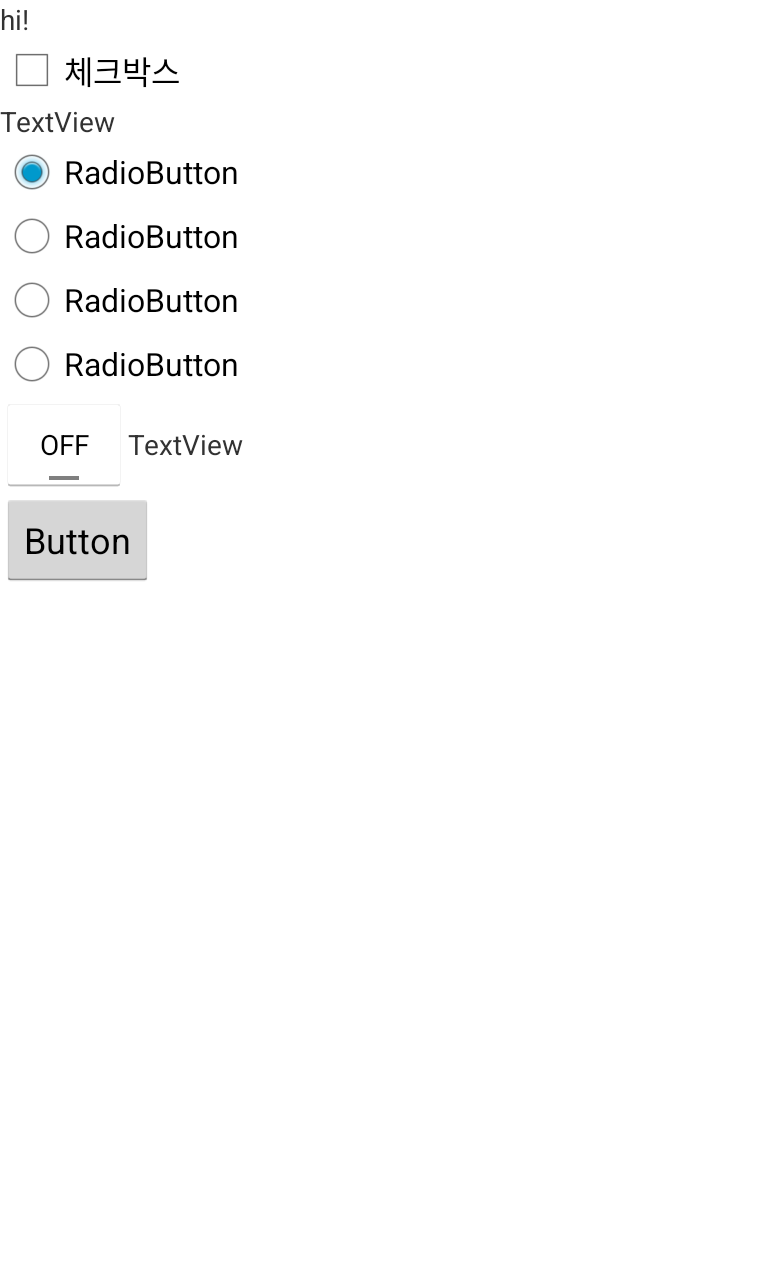
Repository: supremehappy/Android
Layout: EventTest/res/layout/activity_main.xml
These files come from the project's save history. The layout is drawn as it stood at one moment and after the next save; the edit follows.
It is drawn on a 768 x 1280 px phone screen (xhdpi) without system bars, with theme AppTheme; the app's code is not run.

Above is the layout before, as saved 2017-08-24 02:36:38.

### EventTest/res/layout/activity_main.xml
<LinearLayout xmlns:android="http://schemas.android.com/apk/res/android"
    xmlns:tools="http://schemas.android.com/tools"
    android:id="@+id/LinearLayout1"
    android:layout_width="match_parent"
    android:layout_height="match_parent"
    android:orientation="vertical"
    tools:context="${relativePackage}.${activityClass}" >

    <TextView
        android:layout_width="wrap_content"
        android:layout_height="wrap_content"
        android:text="@string/hello_world" />

    <CheckBox
        android:id="@+id/checkBox1"
        android:layout_width="wrap_content"
        android:layout_height="wrap_content"
        android:text="체크박스" />

    <TextView
        android:id="@+id/textView1"
        android:layout_width="wrap_content"
        android:layout_height="wrap_content"
        android:text="TextView" />

    <RadioGroup
        android:id="@+id/radioGroup1"
        android:layout_width="wrap_content"
        android:layout_height="wrap_content" >

        <RadioButton
            android:id="@+id/radio0"
            android:layout_width="wrap_content"
            android:layout_height="wrap_content"
            android:checked="true"
            android:text="RadioButton" />

        <RadioButton
            android:id="@+id/radioButton1"
            android:layout_width="wrap_content"
            android:layout_height="wrap_content"
            android:text="RadioButton" />

        <RadioButton
            android:id="@+id/radio1"
            android:layout_width="wrap_content"
            android:layout_height="wrap_content"
            android:text="RadioButton" />

        <RadioButton
            android:id="@+id/radio2"
            android:layout_width="wrap_content"
            android:layout_height="wrap_content"
            android:text="RadioButton" />
    </RadioGroup>

    <LinearLayout
        android:layout_width="match_parent"
        android:layout_height="wrap_content" >

        <ToggleButton
            android:id="@+id/toggleButton1"
            android:layout_width="wrap_content"
            android:layout_height="wrap_content"
            android:text="ToggleButton" />

        <TextView
            android:id="@+id/textView2"
            android:layout_width="wrap_content"
            android:layout_height="wrap_content"
            android:text="TextView" />

    </LinearLayout>

    <Button
        android:id="@+id/button1"
        android:layout_width="wrap_content"
        android:layout_height="wrap_content"
        android:text="Button" />

</LinearLayout>

### EventTest/res/values/strings.xml
<?xml version="1.0" encoding="utf-8"?>
<resources>

    <string name="app_name">EventTest</string>
    <string name="hello_world">hi!</string>
    <string name="check_title">체크박스입니다.</string>
    <string name="txt_result">선택한 항목 없음</string>
    <string name="rdo1_title">첫번째 라디오 버튼</string>
    <string name="rdo2_title">두번째 라디오 버튼</string>
    <string name="rdo3_title">세번째 라디오 버튼</string>
    <string name="rdo4_title">네번째 라디오 버튼</string>
    <string name="tgl_title">토글버튼</string>
    <string name="txt_tgl">토글버튼입니다.</string>
    <string name="bnt_title">토글버튼입니다.</string>

</resources>

Loaded but not shown: EventTest/res/values/styles.xml (common file); EventTest/res/values-v11/styles.xml (common file); EventTest/res/values-v14/styles.xml (common file)

After the next save:
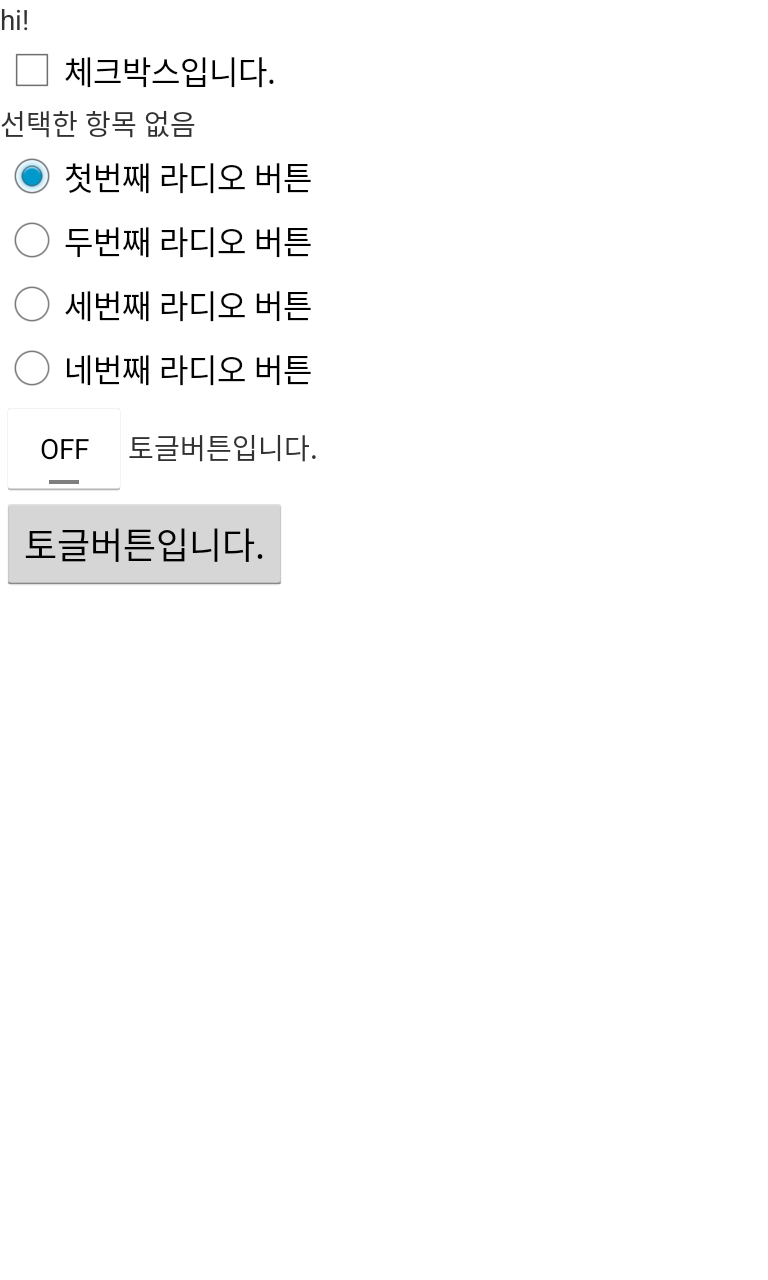
Saved 4 min 48 s later.
--- a/EventTest/res/layout/activity_main.xml
+++ b/EventTest/res/layout/activity_main.xml
@@ -15,13 +15,13 @@
         android:id="@+id/checkBox1"
         android:layout_width="wrap_content"
         android:layout_height="wrap_content"
-        android:text="체크박스" />
+        android:text="@string/check_title" />
 
     <TextView
         android:id="@+id/textView1"
         android:layout_width="wrap_content"
         android:layout_height="wrap_content"
-        android:text="TextView" />
+        android:text="@string/txt_result" />
 
     <RadioGroup
         android:id="@+id/radioGroup1"
@@ -33,25 +33,25 @@
             android:layout_width="wrap_content"
             android:layout_height="wrap_content"
             android:checked="true"
-            android:text="RadioButton" />
+            android:text="@string/rdo1_title" />
 
         <RadioButton
             android:id="@+id/radioButton1"
             android:layout_width="wrap_content"
             android:layout_height="wrap_content"
-            android:text="RadioButton" />
+            android:text="@string/rdo2_title" />
 
         <RadioButton
             android:id="@+id/radio1"
             android:layout_width="wrap_content"
             android:layout_height="wrap_content"
-            android:text="RadioButton" />
+            android:text="@string/rdo3_title" />
 
         <RadioButton
             android:id="@+id/radio2"
             android:layout_width="wrap_content"
             android:layout_height="wrap_content"
-            android:text="RadioButton" />
+            android:text="@string/rdo4_title" />
     </RadioGroup>
 
     <LinearLayout
@@ -62,13 +62,13 @@
             android:id="@+id/toggleButton1"
             android:layout_width="wrap_content"
             android:layout_height="wrap_content"
-            android:text="ToggleButton" />
+            android:text="@string/tgl_title" />
 
         <TextView
             android:id="@+id/textView2"
             android:layout_width="wrap_content"
             android:layout_height="wrap_content"
-            android:text="TextView" />
+            android:text="@string/txt_tgl" />
 
     </LinearLayout>
 
@@ -76,6 +76,6 @@
         android:id="@+id/button1"
         android:layout_width="wrap_content"
         android:layout_height="wrap_content"
-        android:text="Button" />
+        android:text="@string/bnt_title" />
 
 </LinearLayout>
